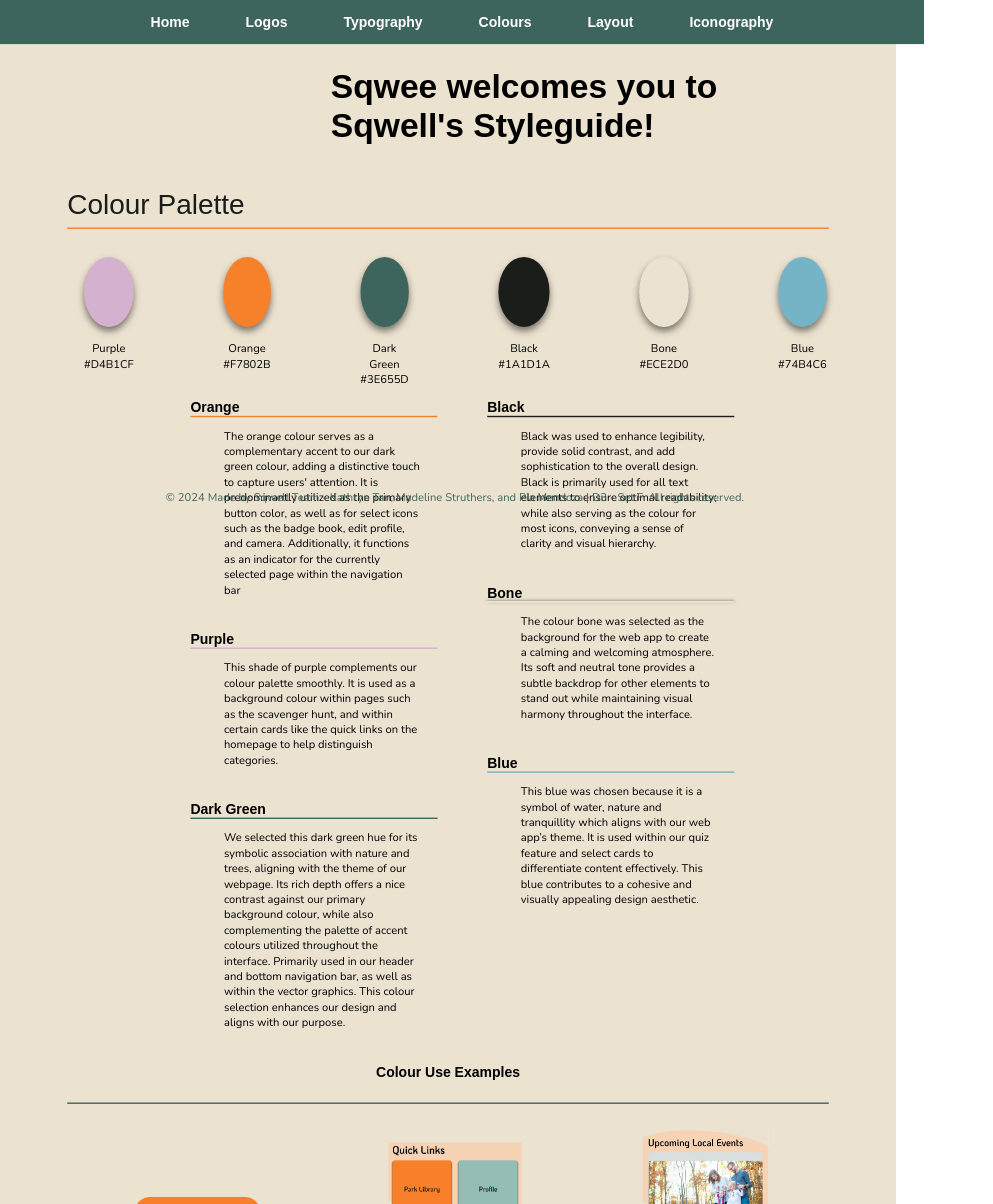
Repository: lpcmendoza/sqwell_styleguide
Page: /
The author's editor kept a copy of each file at every save. The page is drawn from the files as they stood at one save, then again after the next save.
The browser window is 1280 px wide. The page is 1419 px wide, so the pictures cover 1419 px, including what lies to the right of the window. The pictures show the part of the page from y = 0 to 1720 px (the page is 6060 px tall), at 70% of full size.
Some web fonts or font styles are not loaded; a fallback is used. The project was rebuilt for these pictures with package versions that can differ from the ones it lists, and the page was loaded fresh each time. The framework's server and built-in components were replaced by stand-ins that run in the browser. Also part of the build but not shown: next.config.mjs.

Above is the page before, as saved 2024-04-08 11:07:19.

After the next save:
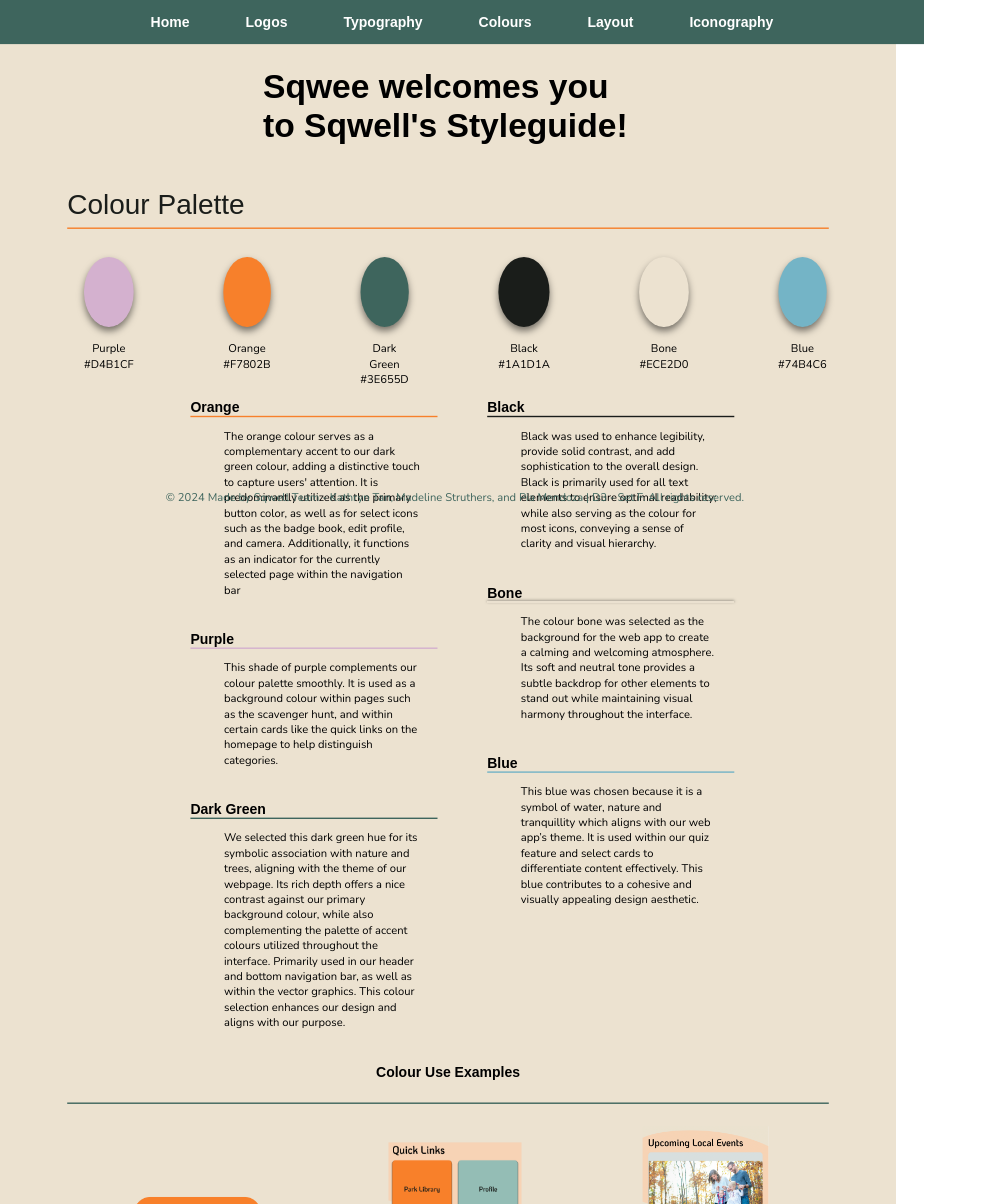
Saved 26 s later.
--- a/components/Header/Header.module.css
+++ b/components/Header/Header.module.css
@@ -6,3 +6,7 @@
 .headerBlurb {
     width: 50%;
 }
+
+.headerSqwee {
+    width: 50%;
+}
